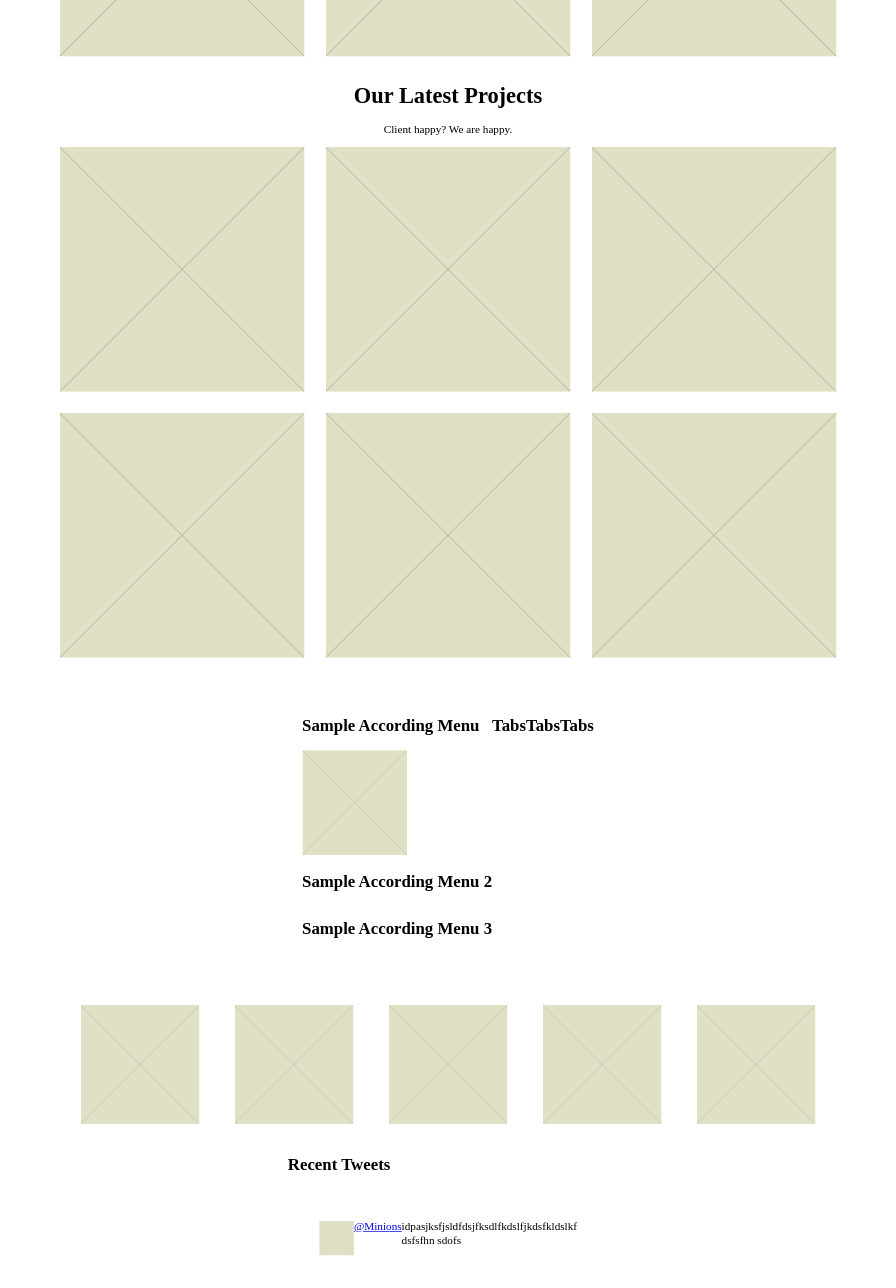
Repository: ReallyNguyen/responsive-web
Page: index.html
The author's editor kept a copy of each file at every save. The page is drawn from the files as they stood at one save, then again after the next save.
The browser window is 1280 px wide. The pictures show the part of the page from y = 834 to 2754 px (the page is 2674 px tall before and 2754 px after), at 70% of full size.

Above is the page before, as saved 2023-01-25 21:42:35.

After the next save:
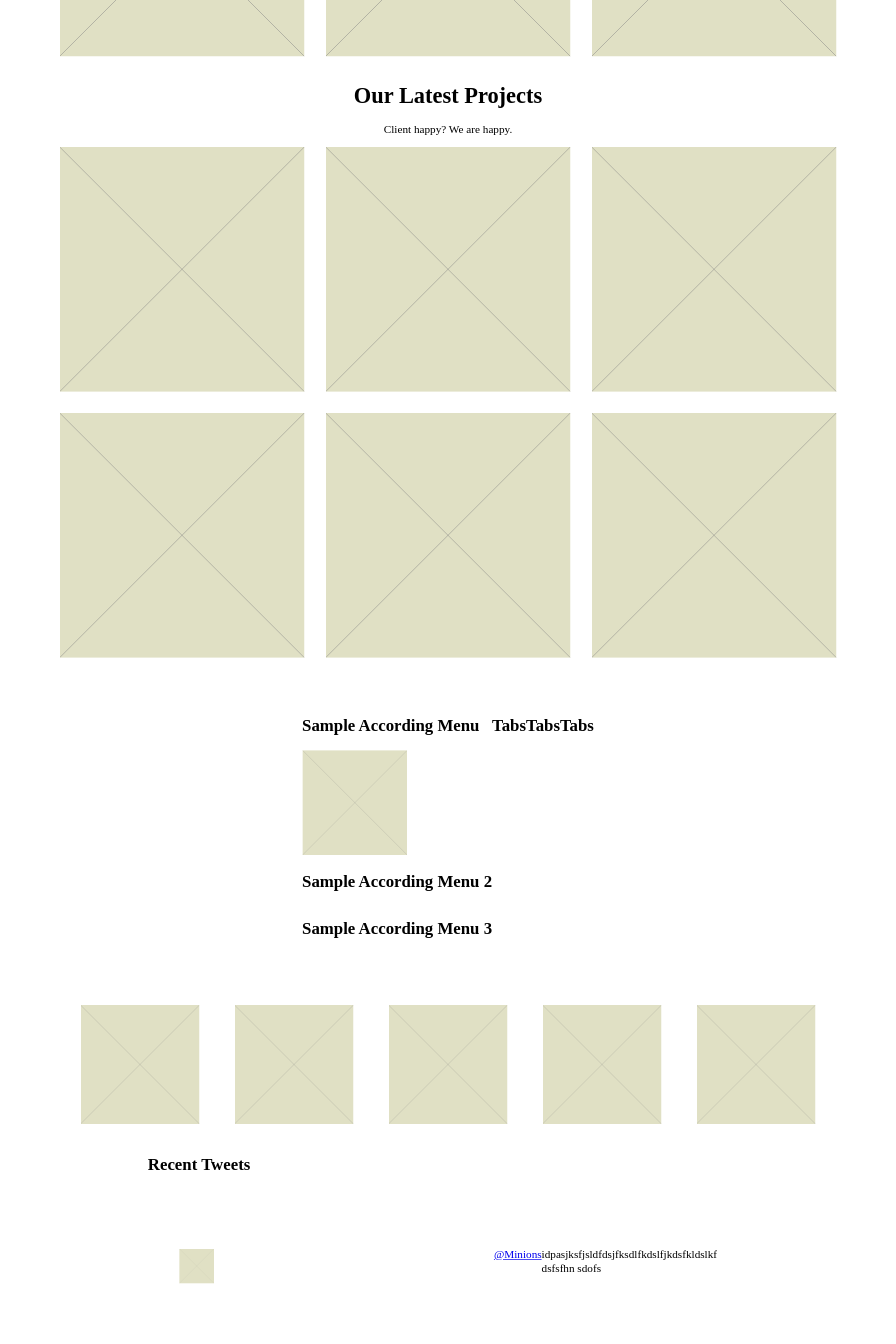
Saved 17 s later.
--- a/css/main.css
+++ b/css/main.css
@@ -20,6 +20,7 @@
 .social-text-box {
   display: flex;
   justify-content: center;
+  padding-left: 400px;
 }
 
 
